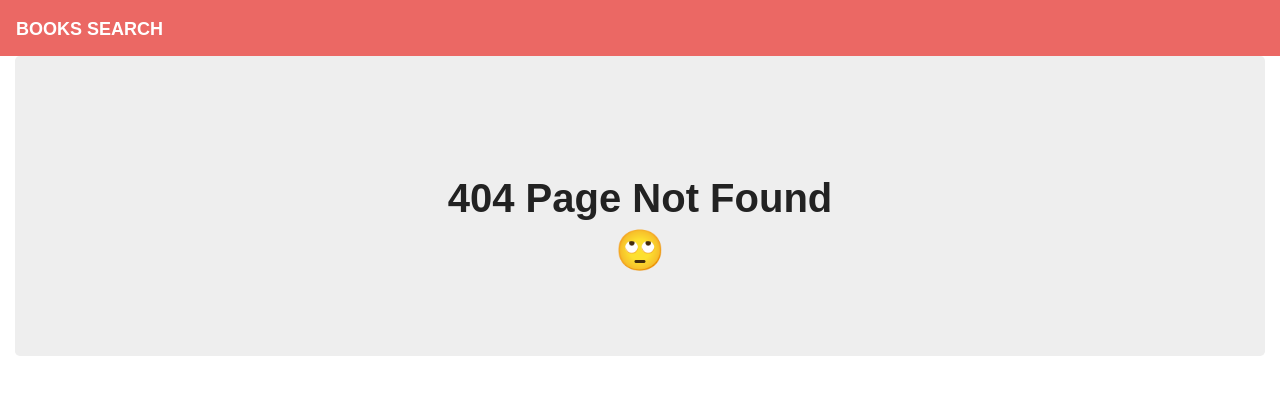
Repository: ionathas78/gBooksScanner
Page: /search (app in client/)
The author's editor kept a copy of each file at every save. The page is drawn from the files as they stood at one save, then again after the next save.
The browser window is 1280 px wide. The pictures show the whole page.
Some web fonts or font styles are not loaded; a fallback is used. Some web libraries are served in a nearby version. The project was rebuilt for these pictures with package versions that can differ from the ones it lists, and the page was loaded fresh each time. Also part of the build but not shown: client/src/components/DeleteBtn/style.css, client/src/components/DeleteBtn/index.js, client/src/utils/API.js, client/src/components/List/style.css, client/src/components/List/index.js, client/src/pages/Books.js, client/src/pages/Detail.js, client/src/pages/Search.js.

Above is the page before, as saved 2020-05-19 12:46:25.

After the next save:
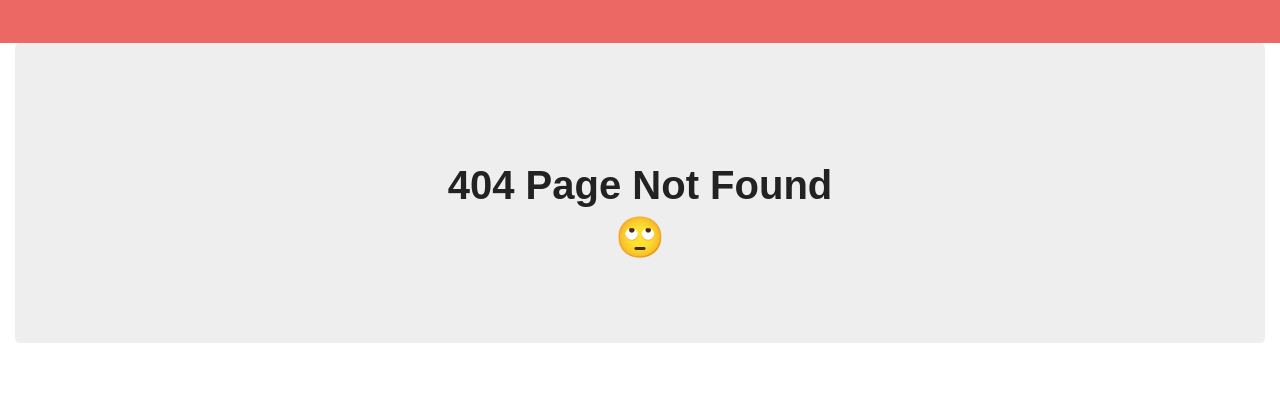
Saved 88 s later.
--- a/client/src/components/Nav/index.js
+++ b/client/src/components/Nav/index.js
@@ -1,11 +1,11 @@
 import React from "react";
 
-function Nav() {
+function Nav({children}) {
   return (
     <nav className="navbar navbar-expand-lg navbar-dark bg-primary">
-      <a className="navbar-brand" href="/">
-        Books Search
-      </a>
+      {children.map(item => {
+        return item;
+      })}
     </nav>
   );
 }
